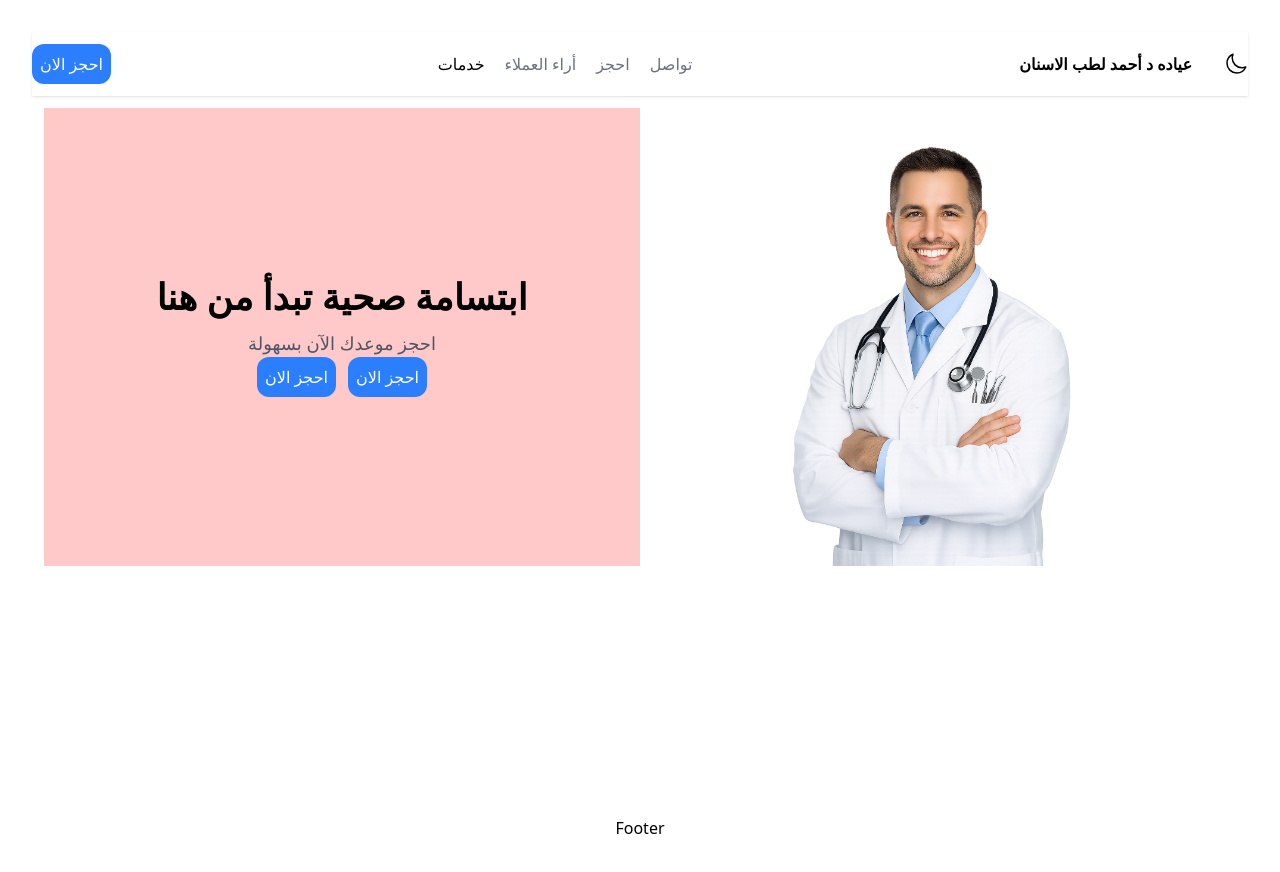
Repository: mohamedehab23-pro/clinic
Page: /
These files come from the project's save history. The page is drawn as it stood at one moment and after the next save; the edit follows.
The browser window is 1280 px wide. The pictures show the whole page.
The project was rebuilt for these pictures with package versions that can differ from the ones it lists, and the page was loaded fresh each time. Also part of the build but not shown: vite.config.js, src/Pages/AboutPage.jsx, src/Pages/ContactPage.jsx, src/Pages/NotFound.jsx, src/Components/Child.jsx, src/Components/Parent.jsx.

Above is the page before, as saved 2026-02-22 14:15:25.

After the next save:
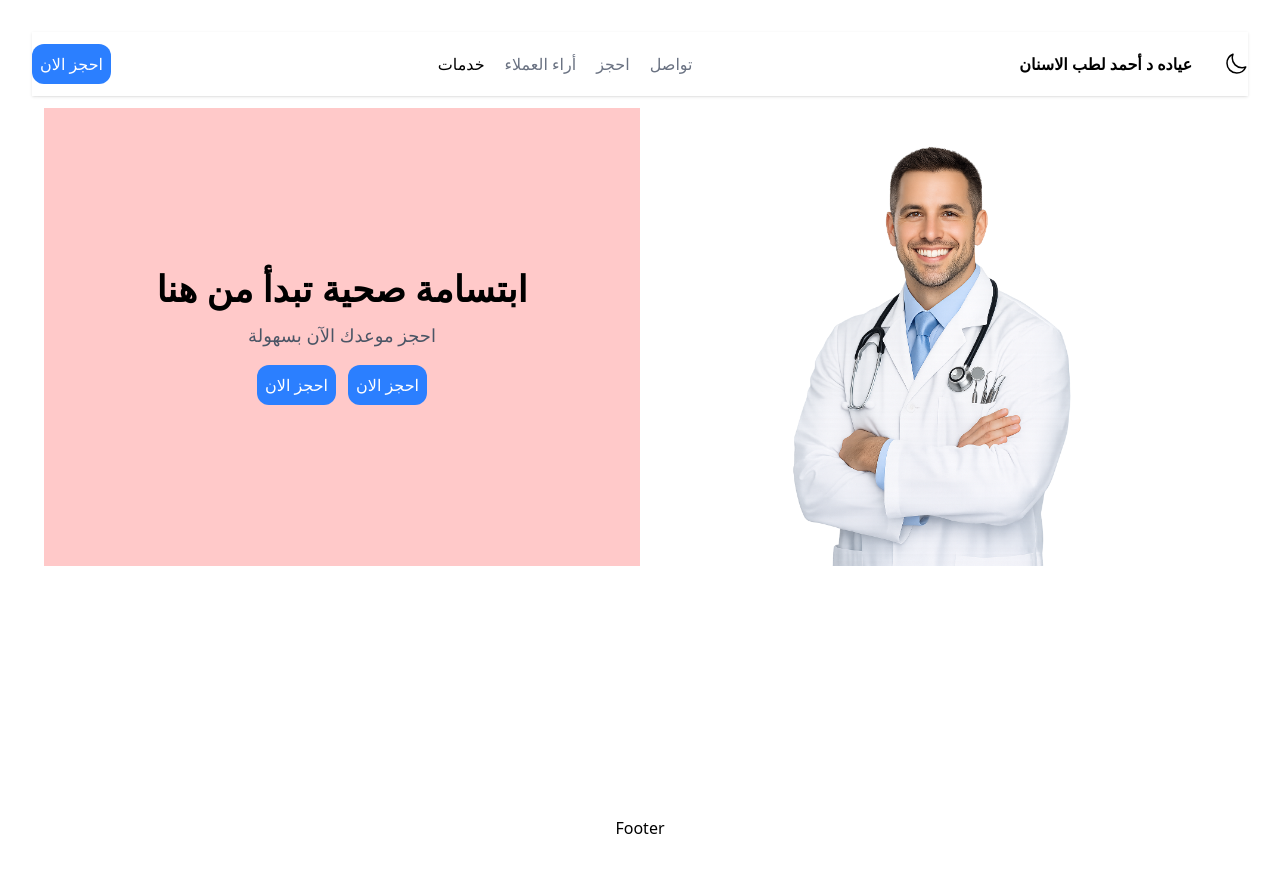
Saved 7 s later.
--- a/src/Pages/HeroPage.jsx
+++ b/src/Pages/HeroPage.jsx
@@ -8,7 +8,7 @@ export default function HomePage() {
 <div className='bg-red-200 w-full flex flex-col justify-center text-center '>
 <h2 className='text-4xl font-bold '>ابتسامة صحية تبدأ من هنا</h2>
 <p className='text-gray-600 pt-3 text-lg'>احجز موعدك الآن بسهولة</p>
-  <div className='flex gap-3 justify-center'>
+  <div className='flex gap-3 justify-center mt-4'>
     <Button bg={'bg-blue-500'} hover={'hover:bg-blue-600'}/>
   <Button bg={'bg-blue-500'} hover={'hover:bg-blue-600'}/>
   </div>
